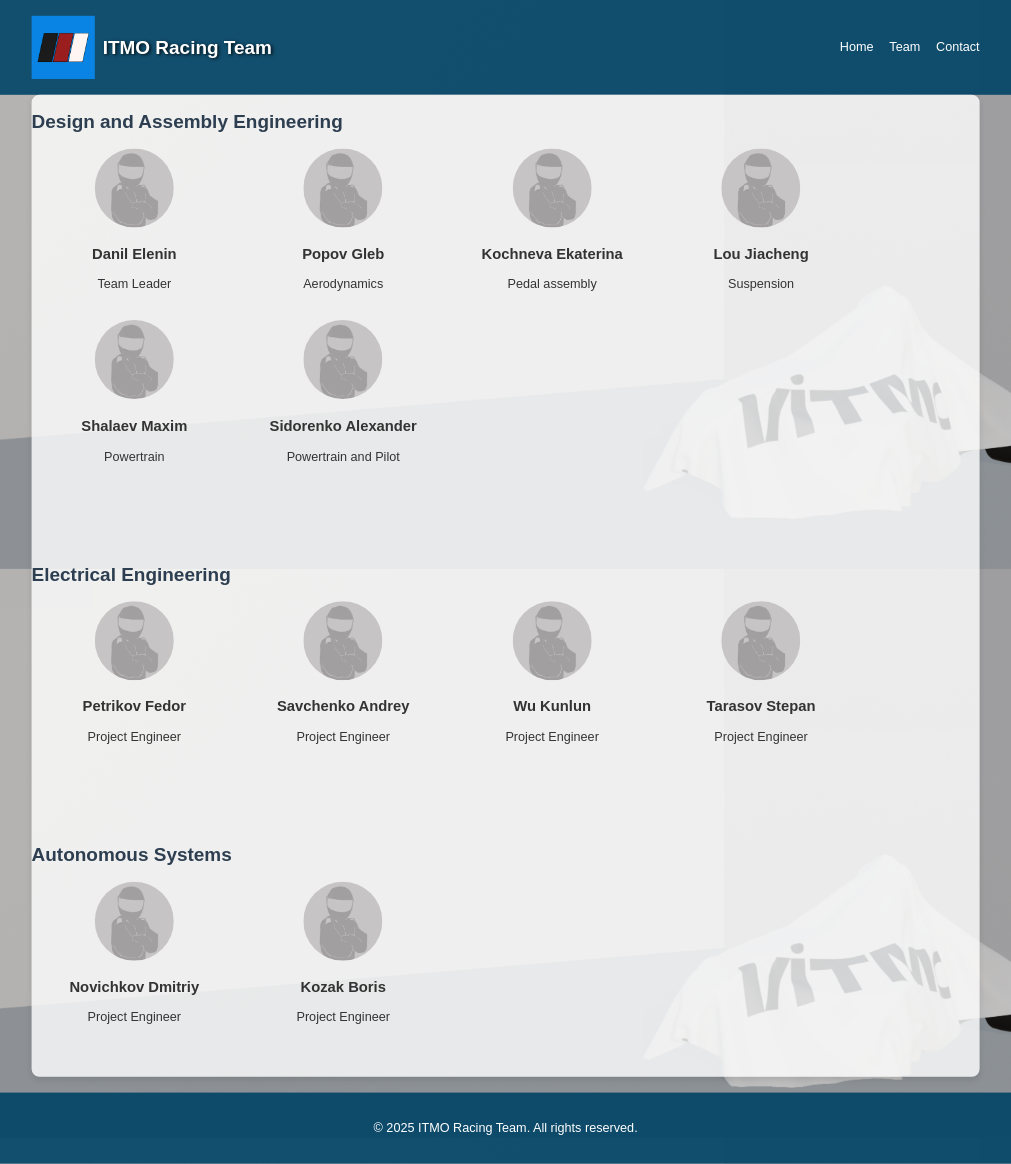
Repository: fs-itmo/fs-itmo.github.io
Page: team.html
These files come from the project's save history. The page is drawn as it stood at one moment and after the next save; the edit follows.
The browser window is 1280 px wide. The pictures show the whole page, at 79% of full size.
Backgrounds fixed to the window are drawn as part of the page.

Above is the page before, as saved 2024-12-30 17:53:33.

### team.html
<!DOCTYPE html>
<html lang="en">
<head>
    <meta charset="UTF-8">
    <meta name="viewport" content="width=device-width, initial-scale=1.0">
    <title>Team - Autonomous Systems</title>
    <link rel="stylesheet" href="css/style.css">
</head>
<body>
    <header>
        <div class="container">
            <div class="logo-caption-container">
                <img src="assets/images/logo.png" alt="Logo" class="logo">
                <div class="top-caption">
                    ITMO Racing Team
                </div>
            </div>
            <nav>
                <ul>
                    <li><a href="index.html">Home</a></li>
                    <li><a href="team.html" class="active">Team</a></li>
                    <li><a href="#contact">Contact</a></li>
                </ul>
            </nav>
        </div>
    </header>

    <section class="team-section">
        <!-- <h1>Meet Our Team</h1> -->

        <!-- Development Department -->
        <div class="team-department">
            <h2>Design and Assembly Engineering</h2>
            <!-- <p>The backbone of our organization, responsible for designing and implementing cutting-edge software solutions.</p> -->
            <div class="team-member">
                <img src="assets/images/noname_pilot.png" alt="Danil Elenin">
                <h3>Danil Elenin</h3>
                <p>Team Leader</p>
            </div>
            <div class="team-member">
                <img src="assets/images/noname_pilot.png" alt="Popov Gleb">
                <h3>Popov Gleb</h3>
                <p>Aerodynamics</p>
            </div>
            <div class="team-member">
                <img src="assets/images/noname_pilot.png" alt="Kochneva Ekaterina">
                <h3>Kochneva Ekaterina</h3>
                <p>Pedal assembly</p>
            </div>
            <div class="team-member">
                <img src="assets/images/noname_pilot.png" alt="Lou Jiacheng">
                <h3>Lou Jiacheng</h3>
                <p>Suspension</p>
            </div>
            <div class="team-member">
                <img src="assets/images/noname_pilot.png" alt="Shalaev Maxim">
                <h3>Shalaev Maxim</h3>
                <p>Powertrain</p>
            </div>
            <div class="team-member">
              <img src="assets/images/noname_pilot.png" alt="Sidorenko Alexander">
              <h3>Sidorenko Alexander</h3>
              <p>Powertrain and Pilot</p>
          </div>
        </div>


        <!-- Development Department -->
        <div class="team-department">
          <h2>Electrical Engineering</h2>
          <!-- <p>The backbone of our organization, responsible for designing and implementing cutting-edge software solutions.</p> -->
          <div class="team-member">
              <img src="assets/images/noname_pilot.png" alt="Petrikov Fedor">
              <h3>Petrikov Fedor</h3>
              <p>Project Engineer</p>
          </div>
          <div class="team-member">
              <img src="assets/images/noname_pilot.png" alt="Savchenko Andrey">
              <h3>Savchenko Andrey</h3>
              <p>Project Engineer</p>
          </div>
          <div class="team-member">
              <img src="assets/images/noname_pilot.png" alt="Wu Kunlun">
              <h3>Wu Kunlun</h3>
              <p>Project Engineer</p>
          </div>
          <div class="team-member">
              <img src="assets/images/noname_pilot.png" alt="Tarasov Stepan">
              <h3>Tarasov Stepan</h3>
              <p>Project Engineer</p>
          </div>
        </div>


        <div class="team-department">
          <h2>Autonomous Systems</h2>
          <!-- <p>The backbone of our organization, responsible for designing and implementing cutting-edge software solutions.</p> -->
          <div class="team-member">
              <img src="assets/images/noname_pilot.png" alt="Novichkov Dmitriy">
              <h3>Novichkov Dmitriy</h3>
              <p>Project Engineer</p>
          </div>
          <div class="team-member">
              <img src="assets/images/noname_pilot.png" alt="Kozak Boris">
              <h3>Kozak Boris</h3>
              <p>Project Engineer</p>
          </div>
        </div>


        <!-- Add more departments here if needed -->
    </section>

    <footer>
        <p>&copy; 2025 ITMO Racing Team. All rights reserved.</p>
    </footer>
</body>
</html>

### css/style.css
html, body {
    height: 100%;
    margin: 0;
    padding: 0;
}
body {
    font-family: Arial, sans-serif;
    margin: 0;
    padding: 0;
    color: #333;
    background: url('assets/images/title.png') no-repeat center center fixed;
    background-size: cover;
}
header {
    background-color: rgba(0, 68, 102, 0.9);
    padding: 20px 0;
}
header .container {
    display: flex;
    justify-content: space-between;
    align-items: center;
    max-width: 1200px;
    margin: 0 auto;
    padding: 0 20px;
}
/* header .logo {
    max-height: 50px;
} */
header nav ul {
    list-style: none;
    display: flex;
    margin: 0;
    padding: 0;
}
header nav ul li {
    margin-left: 20px;
}
header nav ul li a {
    text-decoration: none;
    color: white;
    font-size: 16px;
}
section {
    padding: 0px 0px;
    max-width: 1200px;
    margin: 0 auto;
    background: rgba(255, 255, 255, 0.8);
    border-radius: 10px;
    box-shadow: 0 4px 8px rgba(0, 0, 0, 0.1);
}
/* section#home {
    background: rgba(244, 244, 244, 0.9);
    text-align: center;
    padding: 60px 20px;
    border-radius: 10px;
} */
section#home {
    background: url("../assets/images/title.png") no-repeat center center;
    background-size: contain;
    background-repeat: no-repeat;
    background-attachment: fixed;
    color: white;
    text-align: center;
    padding: 0px 0px;
    min-height: 100vh;
    width: 100vw;
}

header .logo {
    max-height: 80px;
}
.logo-caption-container {
    display: flex;
    align-items: center;
    gap: 10px;
}
header .top-caption {
    font-size: 24px;
    font-weight: bold;
    color: #ffffff;
    text-shadow: 2px 2px 4px rgba(0, 0, 0, 0.8);
}

footer {
    background-color: rgba(0, 68, 102, 0.9);
    color: white;
    text-align: center;
    padding: 20px 0;
    margin-top: 20px;
}
.team-section {
    display: flex;
    flex-direction: column;
    gap: 40px;
}
.team-department {
    margin-bottom: 40px;
}
.team-department h2 {
    color: #2c3e50;
    margin-bottom: 10px;
}
/* Team members layout */
.team-member {
    display: inline-block;
    width: 20%;
    text-align: center;
    margin: 10px;
}
.team-member img {
    width: 100px;
    height: 100px;
    border-radius: 50%;
    object-fit: cover;
}

After the next save:
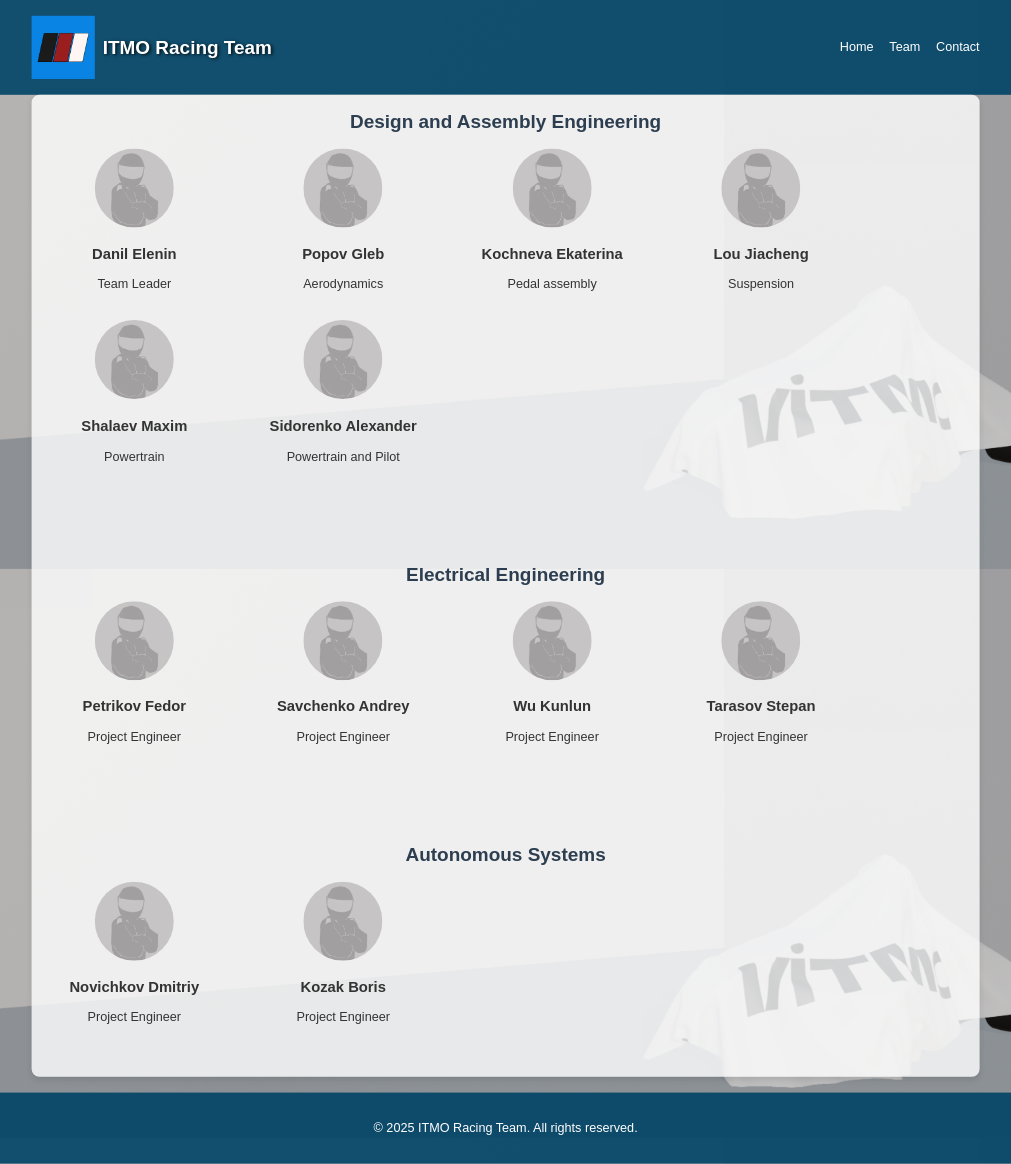
Saved 9 min 14 s later.
--- a/css/style.css
+++ b/css/style.css
@@ -22,6 +22,9 @@
     max-width: 1200px;
     margin: 0 auto;
     padding: 0 20px;
+}
+h1, h2 {
+    text-align: center;
 }
 /* header .logo {
     max-height: 50px;
@@ -65,7 +68,6 @@
     min-height: 100vh;
     width: 100vw;
 }
-
 header .logo {
     max-height: 80px;
 }
@@ -80,7 +82,6 @@
     color: #ffffff;
     text-shadow: 2px 2px 4px rgba(0, 0, 0, 0.8);
 }
-
 footer {
     background-color: rgba(0, 68, 102, 0.9);
     color: white;
